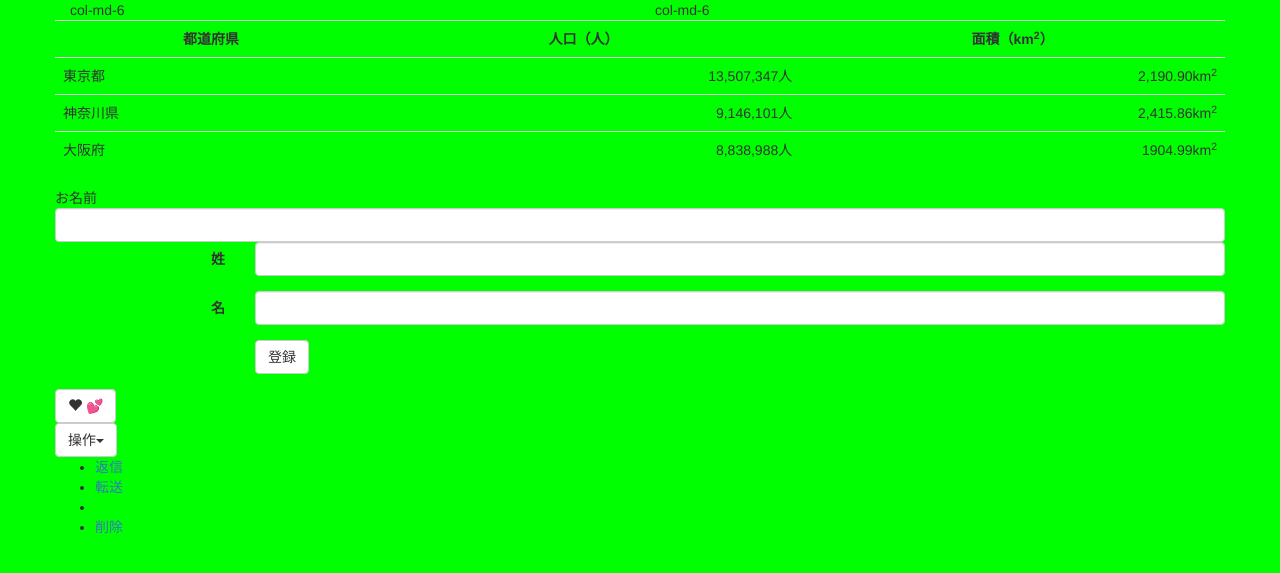
Repository: tooka0115/dab
Page: bootstrap_lesson.html
The author's editor kept a record of every edit. The page is drawn from the files as they stood at one moment, then again after the next edit.
The browser window is 1280 px wide. The pictures show the whole page.

Above is the page before.

After the next edit:
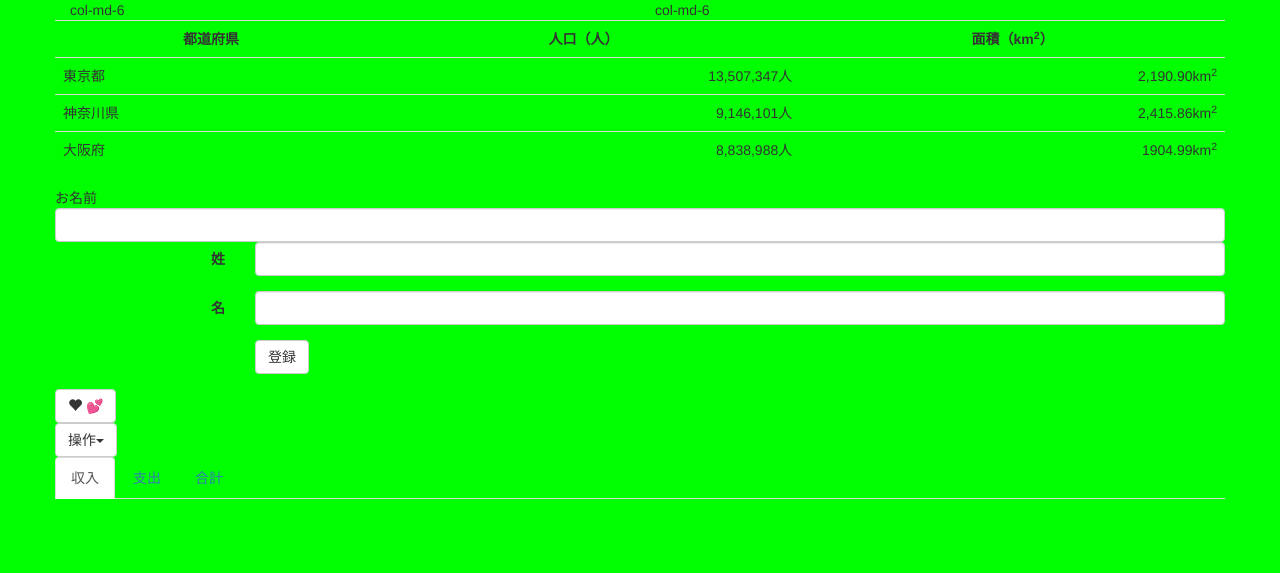
The edit:
--- a/bootstrap_lesson.html
+++ b/bootstrap_lesson.html
@@ -122,7 +122,7 @@
     操作<span class="caret"></span>
   </button>
   <!-- 選択肢 -->
-  <ul >
+  <ul class="dropdown-menu">
     <li><a href="#">返信</a></li>
     <li><a href="#">転送</a></li>
     <li role="separator" class="divider"></li>
@@ -130,6 +130,12 @@
   </ul>
 </div>
 
+
+<ul class="nav nav-tabs">
+  <li class="active"><a href="#">収入</a></li>
+  <li><a href="#">支出</a></li>
+  <li><a href="#">合計</a></li>
+</ul>
             </div>
         </div>
     </body>
